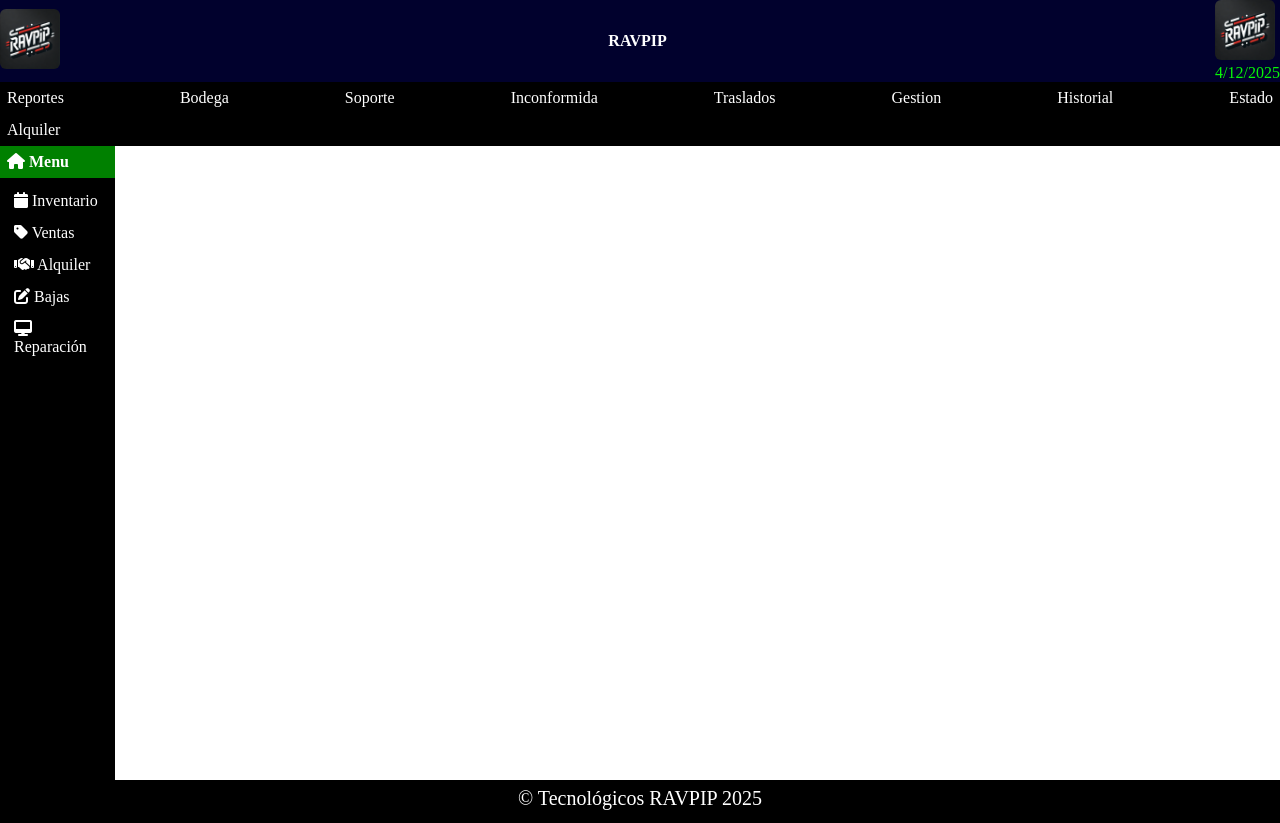
Repository: ye909/RAVPIP
Page: index.html
An editor plug-in stored every save of this project. The page is shown before and after the next save, followed by the edit.
The browser window is 1280 px wide. The pictures show the whole page.
Some web libraries are served in a nearby version.

Above is the page before, as saved 2025-04-12 14:26:30.

### index.html
<!DOCTYPE html>
<html lang="es">

<head>
    <meta charset="UTF-8">
    <meta name="viewport" content="width=device-width, initial-scale=1.0">
    <title>Estado</title>
    <link rel="stylesheet" href="./src/css/heder.css">
    <script src="https://cdn.jsdelivr.net/npm/sweetalert2@11"></script>
    <script src="https://kit.fontawesome.com/5ca3312b29.js" crossorigin="anonymous"></script>
</head>

<body>
    <div class="containerTituloLogo">
        <div><img src="./src/imagenes/logo2.webp" alt="Logo" class="imglogo"></div>
        <h1>RAVPIP</h1>
        <div><img src="./src/imagenes/logo2.webp" alt="Logo" class="imglogo"> <br><span id="fecha"></span></div>

    </div>

    <nav>
        <ul>

            <li><a href="#" aria-label="Abrir Reportes">Reportes</a></li>
            <li><a href="" aria-label="">Bodega</a></li>
            <li><a href="" aria-label="Soporte">Soporte</a></li>
            <li><a href="" aria-label="Inconformida">Inconformida</a></li>
            <li><a href="#" aria-label="Traslados">Traslados</a></li>
            <li><a href="" aria-label="Gestion">Gestion</a></li>
            <li><a href=""  aria-label="Abrir Historial" id="Historial">Historial</a></li>

            <li><a href="" id="itemEstado" aria-label="Abrir Estado">Estado</a></li>
        </ul>

    </nav>
    <nav class="submenuHistoria">
        <ul >
            <li><a href="./src/templei/historiaAlquiler.html">Alquiler</a></li>

        </ul>
    </nav>

     <di class="contenedorPrincipal">
        <aside id="barraLateralMenu">
            <h2 class="cajaverde" id="cajaverde"><i class="fa-solid fa-house"></i> Menu</h2>
            <div class="sudmenu" id="sudmenu">
                <div><a href="" id="inventario"> <i class="fa-solid fa-calendar"></i> Inventario</a></div>
                <div><a href="./src/templei/ventasPortatil.html"> <i class="fa-solid fa-tag"></i> Ventas</a></div>
                <div><a href="#" id="alquilerlink"><i class="fa-solid fa-handshake" ></i> Alquiler</a></div>
                <div><a href="#"><i class="fa-solid fa-pen-to-square"></i> Bajas</a></div>
                <div><a href="./src/templei/reparicion.html"><i class="fa-solid fa-desktop"></i> Reparación</a></div>
            </div>
        </aside>
        <section class="centrado" id="centrado">

            <div class="containerProgreso" id="containerProgreso">
                <div>Ventas <br>
                    <p>0</p>
                </div>
                <div>Historia <br>
                    <p>0</p>
                </div>
                <div>Alquiler <br>
                    <p>0</p>
                </div>
                <div>Estado <br>
                    <p>0</p>
                </div>
            </div>


            <div class="container">
                <h1>Alquiler de Equipos</h1>
                <form id="rental-form">
                    <div class="form-group">
                        <div>
                            <label for="producto-id">ID del Producto:</label>
                            <input type="number" id="producto-id">
                            <label for="tipo">Tipo:</label>
                            <select id="tipo">
                                <option value="">Seleccione el producto</option>
                                <option value="CPU">CPU</option>
                                <option value="Monitor">Monitor</option>
                                <option value="Computadora">Computadora</option>
                                <option value="Memoria RAM">Memoria RAM</option>
                                <option value="Almacenamiento">Almacenamiento</option>
                                <option value="Tarjeta Gráfica">Tarjeta Gráfica</option>
                                <option value="Refrigeración">Refrigeración</option>
                                <option value="Fuente de Poder">Fuente de Poder</option>
                                <option value="Placa Madre">Placa Madre</option>
                                <option value="Periférico">Periférico</option>
                                <option value="Gabinete">Gabinete</option>
                            </select>
                            <label for="quantity">Cantidad:</label>
                            <input type="number" id="Cantidad"  />
                        </div>

                        <div>
                            <label for="marca">Marca:</label>
                            <input type="text" id="marca">

                            <label for="modelo">Modelo:</label>
                            <input type="text" id="modelo">
                            <label for="fecha">fecha:</label>
                            <input type="date" id="fecha">
                        </div>
                        <div>
                            <label for="Precio">Precio:</label>
                            <input type="number" id="Precio">
                            <label for="days">Días de alquiler:</label>
                            <input type="number" id="diaPrestamo"  /><br><br>
                            <h3>Total del alquiler: <span id="total">$0</span></h3>
                        </div>
                        <div class="form-group">

                            <div>
                                <label for="detalles">Detalles Adicionales:</label>
                                <textarea name="" id="detalles" cols="70" rows="10" ></textarea>
                            </div>
                        </div>


                    </div>
                    <p id="mensajeFormulario"></p>
                    <button type="submit" >Enviar</button>
                </form>


            </div>




        </section>
    </di>
    <footer>
        <p>&copy;  Tecnológicos RAVPIP 2025</p>
      </footer>

    <script src="./src/js/heder.js"></script>

</body>

</html>

### src/css/heder.css
*{
  margin: 0;
  padding: 0;
  background-attachment: fixed;
  background-size: cover;
  transition:0.6 ;
  box-sizing: border-box;
}


.imglogo {
  object-fit: cover;
  width: 60px;
  height: auto;
  flex-shrink: 0;
  border-radius: 6px;
}

:is(.containerTituloLogo,.containerProgreso,.form-group,ul){
  display: flex;
        align-items: center;
        justify-content: space-between;
        /* flex-flow: row; */
        flex-wrap: wrap;
}
.containerTituloLogo{
  background:rgb(1, 1, 45);
  color:white;

}

nav{
width: 100%;
height: auto;

}
ul{
list-style: none;

}

a{
  text-decoration: none;
  font-size: 100%;

}
:is(.colormenu,aside,nav){
  background:black;
}
:is(a,aside){
  color:white;

}
.colormenu{
  width: 10%;
}
:is(.containerProgreso,.colormenu,.sudmenu,.sudmenu div,ul,.cajaverde,p){
  padding: 7px;
}
li a:hover{
  color:yellow;
}
:is(.cajaverde){
  background:green;
  font-size: 100%;
}
.containerTituloLogo h1{
  font-size: 100%;
}

.sudmenu.submenuHistoria{
  visibility: hidden;

  }
  .sudmenu div a{
    font-size: 100%;

  }
  .contenedorPrincipal {
    display: flex;
    width: 100%;
    height: 88vh;
  }
  .container{
    visibility: hidden;
  }
  section.centrado {
   width: 80%;
  overflow: hidden;
  }


  aside {
    flex-basis: 9%;
   height: auto;
  }

.cajaverde{

  cursor: pointer;
}

.containerProgreso div{
  border-radius:80%;
   border-left:blue solid 6px;
   border-top:green solid 6px;
   padding: 30px;
   font-size: 20px;
  }

table {
  text-align: center;
font-size: 20px;
width: 100%;
  border-collapse: collapse;
  background-color: #ffffff;
  box-shadow: 0 4px 8px rgba(0,0,0,0.1);
  margin-top: -140px;

  height: auto;
}

thead {

  background-color: #007bff;
  color: white;

}

th {
  padding: 1rem;
  text-align: center;
  border: 1px solid #ddd;
  font-size: 1.3rem;

}
tr{
  border: 1px solid #6b92f4;
}
p{
font-weight: 15px;
  text-align: center;
}
#tablaComponentes,#containerProgreso{
  visibility: hidden;
}



/* alquiler */



.container {
  background: white;
  padding: 25px;
  border-radius: 10px;
  width: 90%;
  flex-grow: 1;
  margin: auto;
  margin-left: 70px;
  margin-top: -100px;
  box-shadow: 0px 0px 10px 20px rgba(0, 0, 0, 0.1);
}

h1 {
  text-align: center;

}

.form-group {
  margin-bottom: 15px;
}

label {
  display: block;
  font-weight: bold;
 font-size: 20px;
 padding: 5px;
}
form{
  width: 100%;
  padding: 10px;
}
input, select {
  width: 300px;
  padding: 8px;
  border: 1px solid #ccc;
  border-radius: 5px;
  margin-top: 5px;
}
:focus{
  outline:1px #0056b3 solid;
}


button {
  width: 100%;
  padding: 10px;
  background-color: #007bff;
  color: white;
  border: none;
  font-size: 16px;
  cursor: pointer;
  border-radius: 5px;
}

button:hover {
  background-color: #0056b3;
}

.result {
  text-align: center;
  margin-top: 20px;
  font-size: 18px;
  color: #444;
}
 footer {
  width: 100%;
  display: grid;
  grid-template-rows: auto 1fr auto;
  height: 6vh;
  text-align: center;
  background-color:black;
  color: #fff;
 font-size: 20px;

}

### src/js/heder.js
 const fechaheder = document.getElementById("fecha")
const fecha= new Date()
const fechatotal=fecha.toLocaleDateString()
fechaheder.innerText=fechatotal
fechaheder.style.color="rgb(7, 247, 7)"

document.addEventListener("DOMContentLoaded", () => {
    fetch("/src/js/datos.json")
      .then(response => {
        if (!response.ok) {
          throw new Error(`Error al cargar el archivo JSON: ${response.status}`);
        }
        return response.json();
      })
      .then(data => {
        // Verificar si el contenedor "centrado" existe
        const centrado = document.getElementById("centrado");
        if (!centrado) {
          throw new Error("El contenedor #centrado no existe en el DOM.");
        }

        // Crear una sola tabla
        const tablaComputador = document.createElement("table");
        tablaComputador.setAttribute("id", "tablaComponentes");
        tablaComputador.classList.add("tablaComponentes");

        // Crear el encabezado de la tabla
        tablaComputador.innerHTML = `
          <thead>
            <tr>
              <th>Id</th>
              <th>Producto</th>
              <th>Precio</th>
              <th>Imagen</th>
            </tr>
          </thead>
          <tbody></tbody>
        `;

        // Agregar la tabla al contenedor
        centrado.appendChild(tablaComputador);

        // Obtener el cuerpo de la tabla
        const tbody = tablaComputador.querySelector("tbody");

        // Iterar sobre los datos y agregar filas al tbody
        data.forEach((item, index) => {
          const row = document.createElement("tr");
          row.innerHTML = `
            <td>${index + 1}</td>
            <td>${item.name}</td>
            <td>$${item.price}</td>
            <td><img src="${item.image}" alt="${item.name}" style="max-width: 100px;"></td>
          `;
          tbody.appendChild(row); // Agregar la fila al tbody
        });
      })
      .catch(error => {
        console.error("Error:", error);
      });
  });
const cajaverde = document.getElementById("cajaverde");
const inventario = document.getElementById("inventario");
const itemEstado = document.getElementById("itemEstado");
const containerformulario= document.querySelector(".container")
const submenuHistoria = document.querySelector("submenuHistoria")
cajaverde.addEventListener("click", () => {
  const sudmenu = document.getElementById("sudmenu");
  sudmenu.style.visibility = "visible";
  cajaverde.remove();
});
inventario.addEventListener("click", (e) => {
  e.preventDefault();
  const tablaComponentes = document.getElementById("tablaComponentes");
  tablaComponentes.style.visibility = "visible";
});
itemEstado.addEventListener("click", (e) => {
  e.preventDefault();
  const containerProgreso = document.getElementById("containerProgreso");
  containerProgreso.style.visibility = "visible";
});

// alquiler formulario
document.getElementById("alquilerlink").addEventListener("click",productoAlquiler)

function productoAlquiler() {

  containerformulario.style.visibility = "visible";
}

document.getElementById("rental-form").addEventListener("submit",productoFormulario)

function productoFormulario(event) {
  event.preventDefault()
  // localStorage.setItem("","")
  const mensajeFormulario = document.getElementById("mensajeFormulario")
  const productoid = document.getElementById("producto-id").value
const tipo = document.getElementById("tipo").value
   const marca = document.getElementById("marca").value
   const modelo = document.getElementById("modelo").value
   const fecha = document.getElementById("fecha").value
   const Precio = document.getElementById("Precio").value
   const Cantidad = document.getElementById("Cantidad").value
   const diaPrestamo = document.getElementById("diaPrestamo").value
   const detalles = document.getElementById("detalles")

if (productoid && tipo && marca && modelo && fecha && Precio && Cantidad && diaPrestamo && detalles) {
  console.log("listo")
   containerformulario.style.visibility = "hidden";
   Swal.fire({
    title: "En hora buena  prestamo realizado",
    icon: "success",
    draggable: true
  });

}else{
  mensajeFormulario.textContent="Lo sentimo hay campos vacios"
 mensajeFormulario.style.fontSize="20px"
 mensajeFormulario.style.color="red"
 mensajeFormulario.style.textAlign="center"
setTimeout(()=>{
  mensajeFormulario.innerText=""
},2500)
}
// esta informacion debe almacenar
console.log(productoid,tipo,marca,modelo,fecha,Precio , Cantidad ,diaPrestamo,detalles)
}
document.getElementById("Historial").addEventListener("click",hitorialAlquiler)
function hitorialAlquiler() {
  //  submenuHistoria.style.visibility = "visible";
  alert("a")
}

### src/js/datos.json

[
  { "id": 1,
  "name": "CPU Intel i5",
   "price": 850000,
   "image": "https://via.placeholder.com/200x150?text=CPU+Intel+i5" },
  { "id": 2, "name": "CPU AMD Ryzen 5", "price": 950000, "image": "https://via.placeholder.com/200x150?text=Ryzen+5" },
  { "id": 3, "name": "Mouse Logitech", "price": 70000, "image": "https://via.placeholder.com/200x150?text=Mouse" },
  { "id": 4, "name": "Teclado Mecánico", "price": 120000, "image": "https://via.placeholder.com/200x150?text=Teclado" },
  { "id": 5, "name": "Monitor 24\"", "price": 600000, "image": "https://via.placeholder.com/200x150?text=Monitor" },
  { "id": 6, "name": "Disco SSD 480GB", "price": 220000, "image": "https://via.placeholder.com/200x150?text=SSD" },
  { "id": 7, "name": "Disco HDD 1TB", "price": 180000, "image": "https://via.placeholder.com/200x150?text=HDD" },
  { "id": 8, "name": "Tarjeta de Video GTX 1660", "price": 1350000, "image": "https://via.placeholder.com/200x150?text=GPU" },
  { "id": 9, "name": "Memoria RAM 8GB", "price": 140000, "image": "https://via.placeholder.com/200x150?text=RAM+8GB" },
  { "id": 10, "name": "Gabinete Gamer", "price": 250000, "image": "https://via.placeholder.com/200x150?text=Gabinete" },
  { "id": 11, "name": "Fuente de poder 600W", "price": 180000, "image": "https://via.placeholder.com/200x150?text=PSU+600W" },
  { "id": 12, "name": "Mousepad XL", "price": 40000, "image": "https://via.placeholder.com/200x150?text=Mousepad" },
  { "id": 13, "name": "Cooler para CPU", "price": 85000, "image": "https://via.placeholder.com/200x150?text=Cooler" },
  { "id": 14, "name": "Cámara Web HD", "price": 90000, "image": "https://via.placeholder.com/200x150?text=Webcam" },
  { "id": 15, "name": "Audífonos Gamer", "price": 110000, "image": "https://via.placeholder.com/200x150?text=Headset" },
  { "id": 16, "name": "Tarjeta madre Intel", "price": 480000, "image": "https://via.placeholder.com/200x150?text=Motherboard" },
  { "id": 17, "name": "Tarjeta madre AMD", "price": 500000, "image": "https://via.placeholder.com/200x150?text=Motherboard+AMD" },
  { "id": 18, "name": "Router Wi-Fi", "price": 130000, "image": "https://via.placeholder.com/200x150?text=Router" },
  { "id": 19, "name": "Impresora multifuncional", "price": 600000, "image": "https://via.placeholder.com/200x150?text=Impresora" },
  { "id": 20, "name": "USB 64GB", "price": 45000, "image": "https://via.placeholder.com/200x150?text=USB+64GB" },
  { "id": 21, "name": "Disco Externo 2TB", "price": 370000, "image": "https://via.placeholder.com/200x150?text=Disco+Externo" },
  { "id": 22, "name": "Switch de red", "price": 160000, "image": "https://via.placeholder.com/200x150?text=Switch" },
  { "id": 23, "name": "Cable HDMI", "price": 25000, "image": "https://via.placeholder.com/200x150?text=HDMI" },
  { "id": 24, "name": "Cable SATA", "price": 15000, "image": "https://via.placeholder.com/200x150?text=SATA" },
  { "id": 25, "name": "Antena Wi-Fi USB", "price": 30000, "image": "https://via.placeholder.com/200x150?text=Antena+WiFi" },
  { "id": 26, "name": "Adaptador USB-C", "price": 20000, "image": "https://via.placeholder.com/200x150?text=USB-C" },
  { "id": 27, "name": "Soporte Monitor", "price": 60000, "image": "https://via.placeholder.com/200x150?text=Soporte" },
  { "id": 28, "name": "Lector de tarjetas", "price": 28000, "image": "https://via.placeholder.com/200x150?text=Lector" },
  { "id": 29, "name": "Batería portátil", "price": 85000, "image": "https://via.placeholder.com/200x150?text=Power+Bank" },
  { "id": 30, "name": "Hub USB 4 Puertos", "price": 55000, "image": "https://via.placeholder.com/200x150?text=USB+Hub" }
]

After the next save:
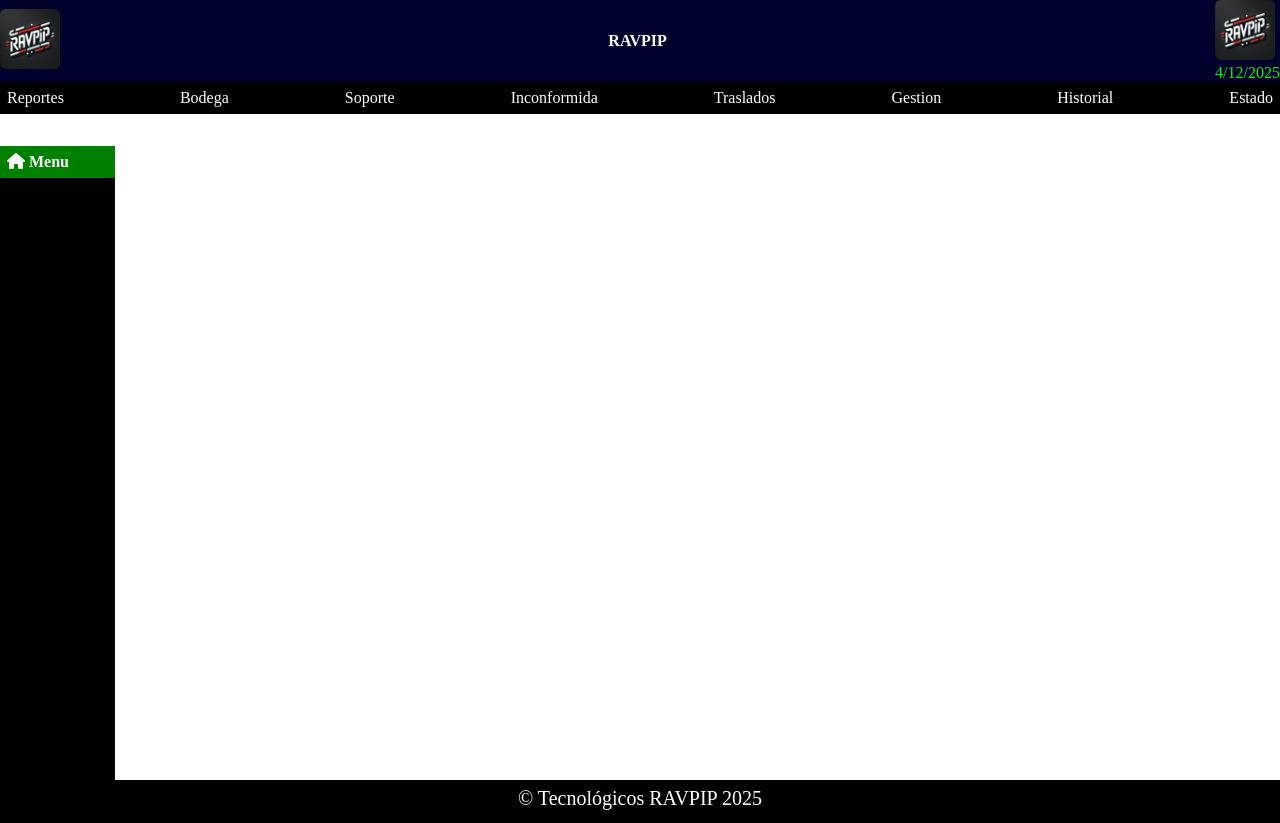
Saved 19 s later.
--- a/src/css/heder.css
+++ b/src/css/heder.css
@@ -68,7 +68,7 @@ li a:hover{
   font-size: 100%;
 }
 
-.sudmenu.submenuHistoria{
+.sudmenu,.submenuHistoria{
   visibility: hidden;
 
   }
